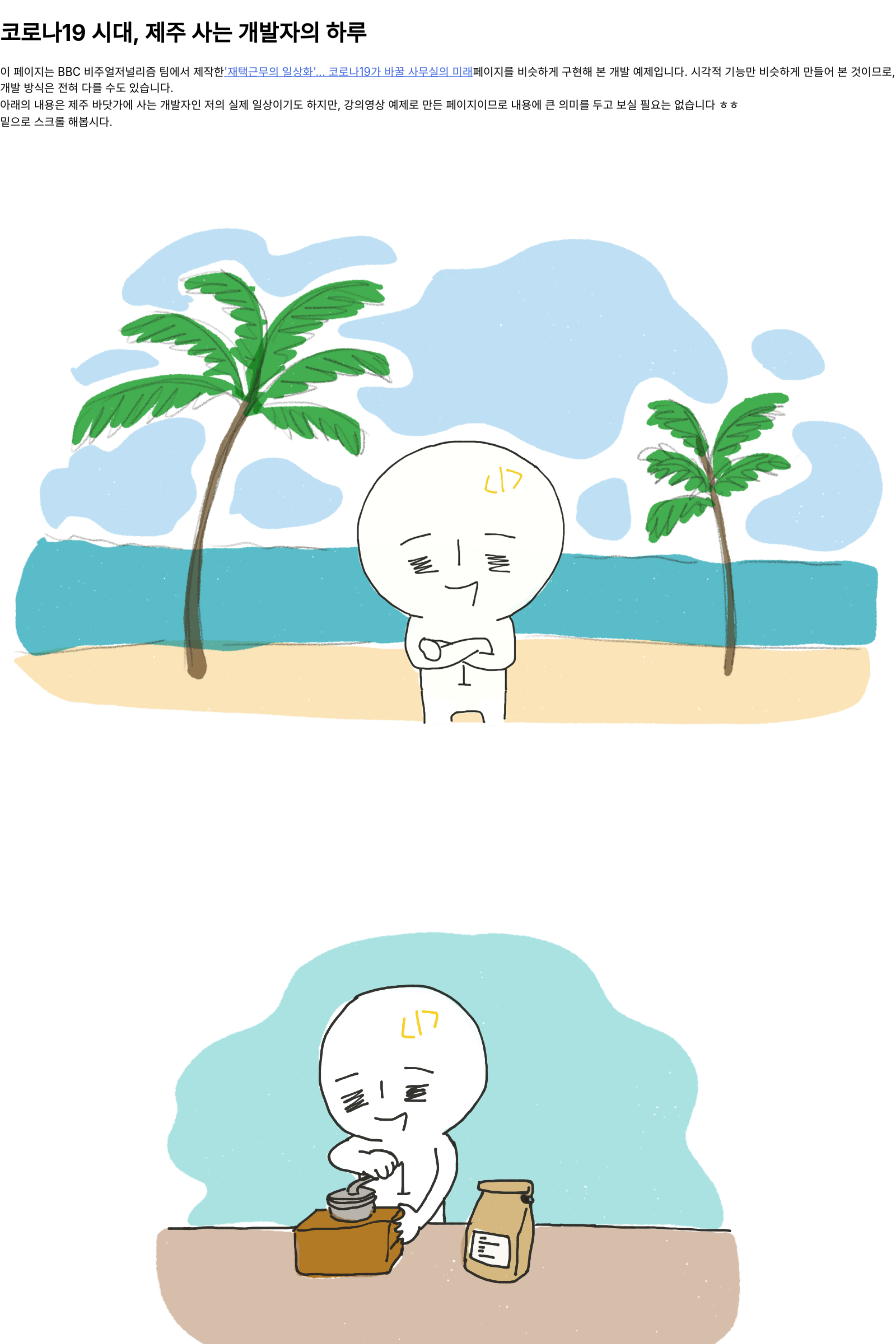
Repository: westone034626/ReactPractice
Page: /
These files come from the project's save history. The page is drawn as it stood at one moment and after the next save; the edit follows.
The browser window is 1280 px wide. The pictures show the part of the page from y = 0 to 1920 px (the page is 9921 px tall before and 9969 px after), at 70% of full size.
The project was rebuilt for these pictures with package versions that can differ from the ones it lists, and the page was loaded fresh each time. Also part of the build but not shown: src/App.css.

Above is the page before, as saved 2021-10-31 23:25:49.

After the next save:
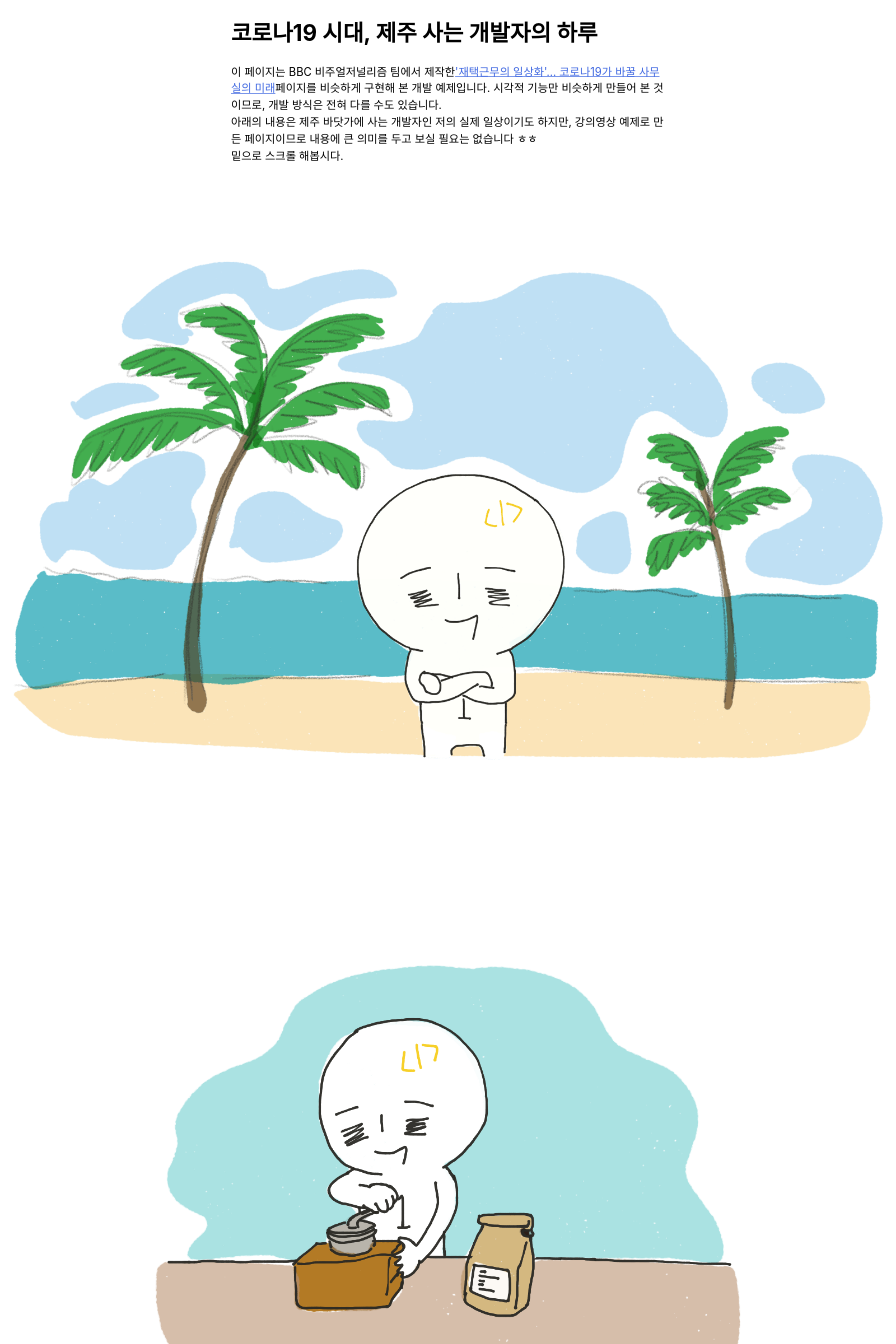
Saved 38 s later.
--- a/src/App.js
+++ b/src/App.js
@@ -4,9 +4,11 @@ import styles from './App.module.css';
 function App() {
   return (
     <div className={styles.body}>
-      <div className="header">
-        <div className="globalWidth">
-          <h1 className="pageTitle">코로나19 시대, 제주 사는 개발자의 하루</h1>
+      <div className={styles.header}>
+        <div className={styles.globalWidth}>
+          <h1 className={styles.pageTitle}>
+            코로나19 시대, 제주 사는 개발자의 하루
+          </h1>
           <p>
             이 페이지는 BBC 비주얼저널리즘 팀에서 제작한
             <a
